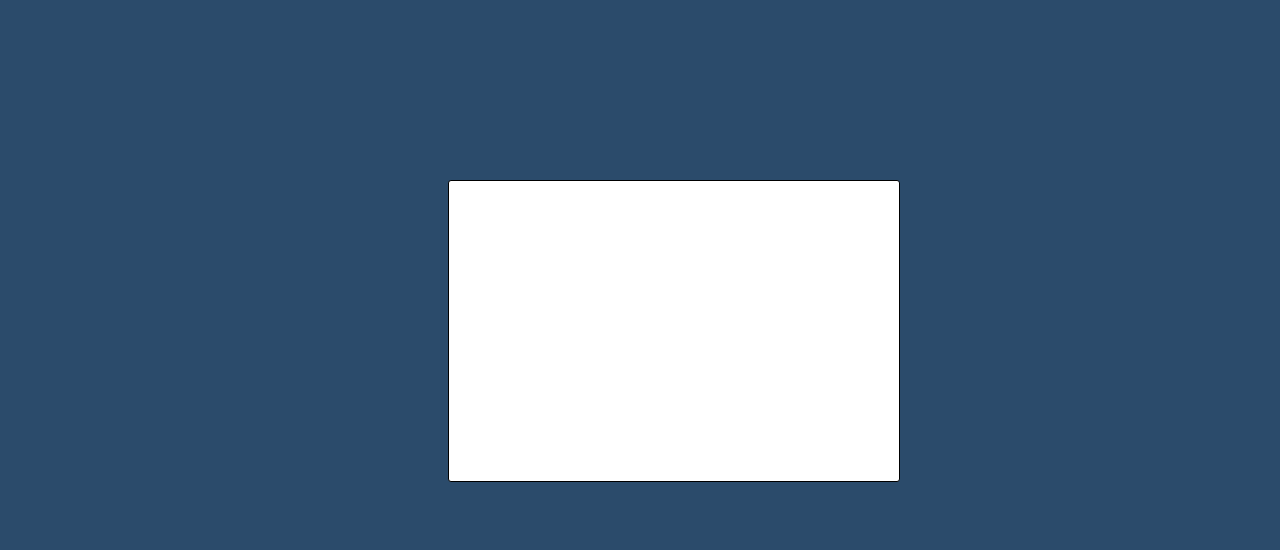
Repository: ShihaoHuang21/vue_shop
Page: /
An editor plug-in stored every save of this project. The page is shown before and after the next save, followed by the edit.
The browser window is 1280 px wide. The pictures show the whole page.
The project was rebuilt for these pictures with package versions that can differ from the ones it lists, and the page was loaded fresh each time.

Above is the page before, as saved 2020-12-01 21:56:24.

After the next save:
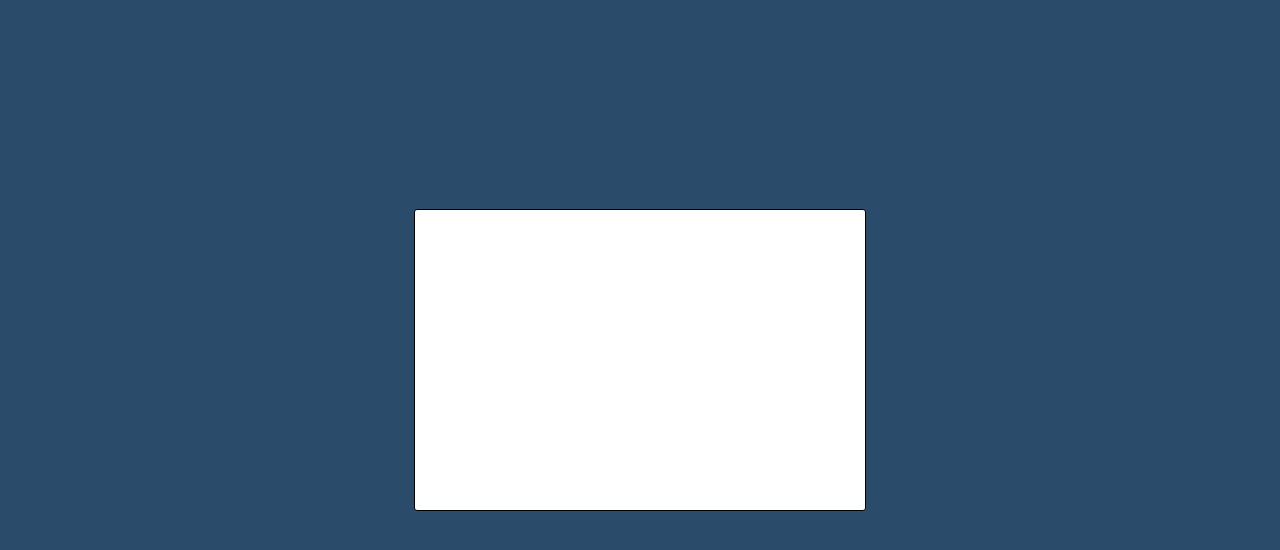
Saved 112 s later.
--- a/src/components/Login.vue
+++ b/src/components/Login.vue
@@ -27,7 +27,8 @@
   border: 1px #000 solid;
   border-radius: 3px;
   position: absolute;
-  left: 35%;
-  top: 25%;
+  left: 50%;
+  top: 50%;
+  transform: translate(-50%, -50%);
 }
 </style>
